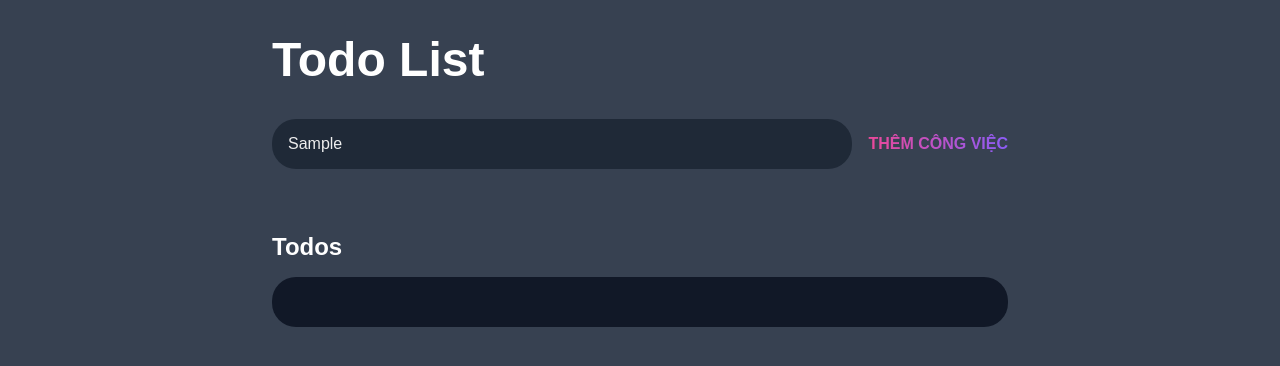
Repository: ntheanh/Todo-List
Page: index.html
An editor plug-in stored every save of this project. The page is shown before and after the next save, followed by the edit.
The browser window is 1280 px wide. The pictures show the whole page.
Empty fields were first filled with sample values (such as "Sample", 5 or name@example.com).
After loading, the first visible `#new-todo-form` was submitted once.
The style sheet was rebuilt from its Sass, Less or Tailwind sources for each picture, by a compiler version that may differ from the author's.

Above is the page before, as saved 2023-03-16 09:07:26.

After the next save:
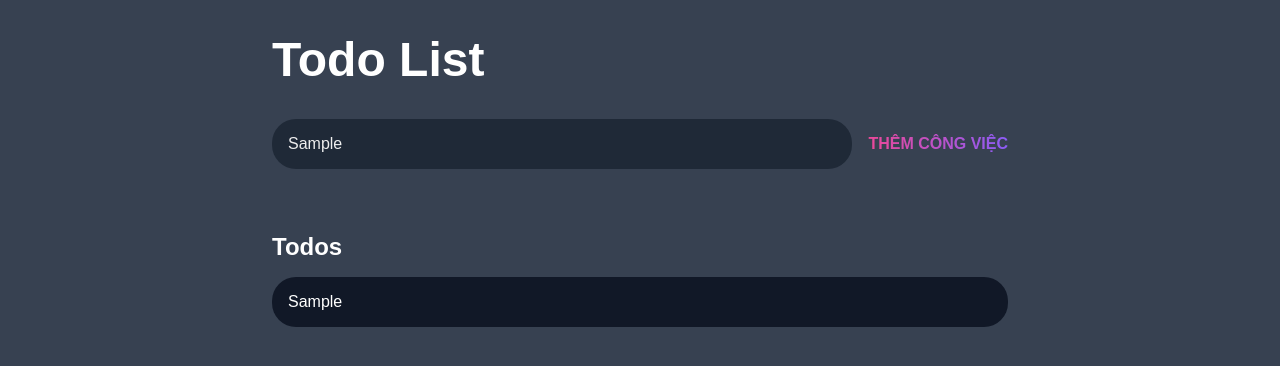
Saved 2 min 19 s later.
--- a/app.js
+++ b/app.js
@@ -17,6 +17,7 @@ window.addEventListener("load", () => {
 
     const task_content_el = document.createElement("div");
     task_content_el.classList.add("content");
+    task_content_el.innerText = task;
 
     task_el.appendChild(task_content_el);
 
